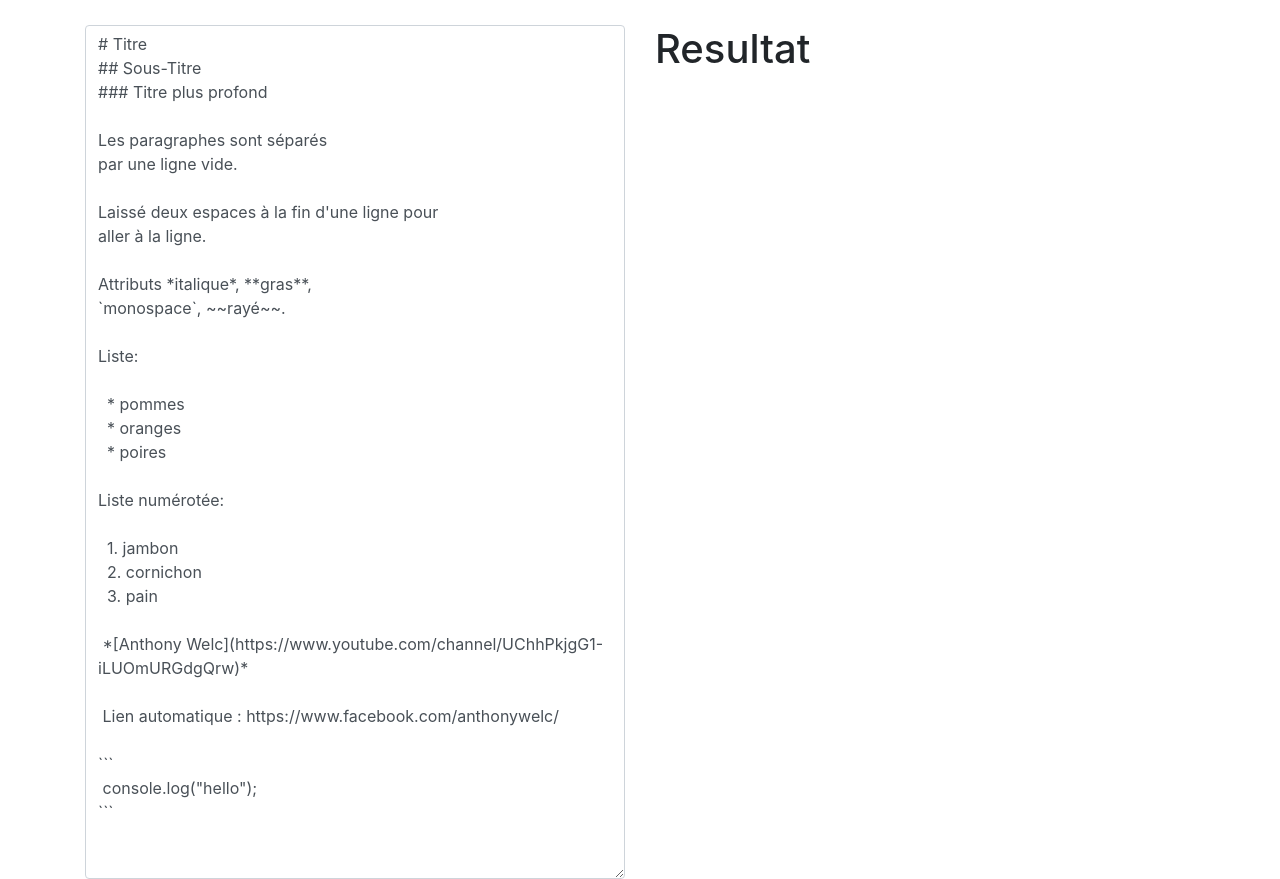
Repository: IsmailSnow/react
Page: / (app in mardown-app/)
These files come from the project's save history. The page is drawn as it stood at one moment and after the next save; the edit follows.
The browser window is 1280 px wide. The pictures show the whole page.
The project was rebuilt for these pictures with package versions that can differ from the ones it lists, and the page was loaded fresh each time.

Above is the page before, as saved 2019-11-23 15:55:54.

After the next save:
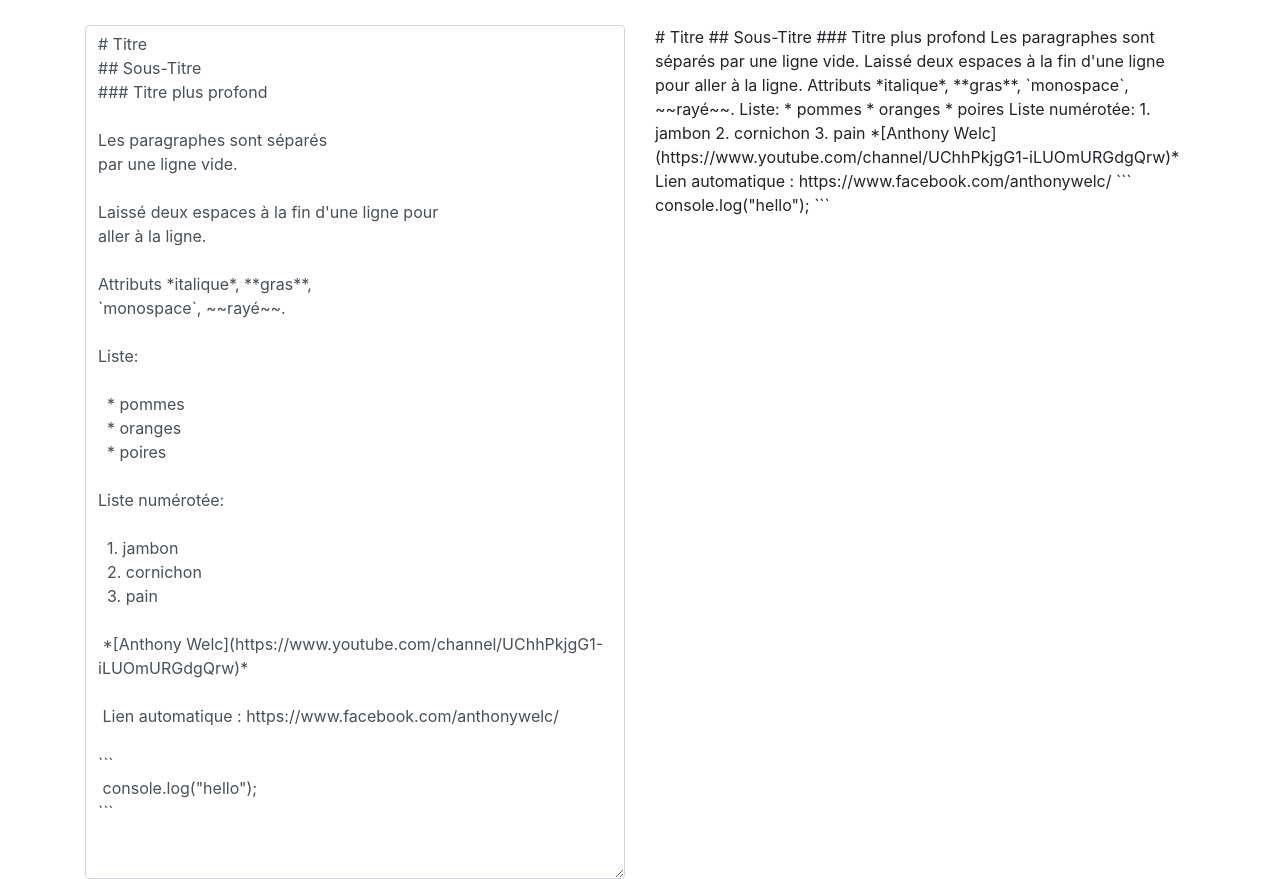
Saved 21 s later.
--- a/mardown-app/src/App.js
+++ b/mardown-app/src/App.js
@@ -11,7 +11,9 @@ function App() {
             <textarea value={sampleText} rows='35' className='form-control' />
          </div>
          <div className='col-sm-6'>
-            <h1> Resultat</h1>
+            <div>
+              {sampleText}
+            </div>
          </div>
        </div>
     </div>
